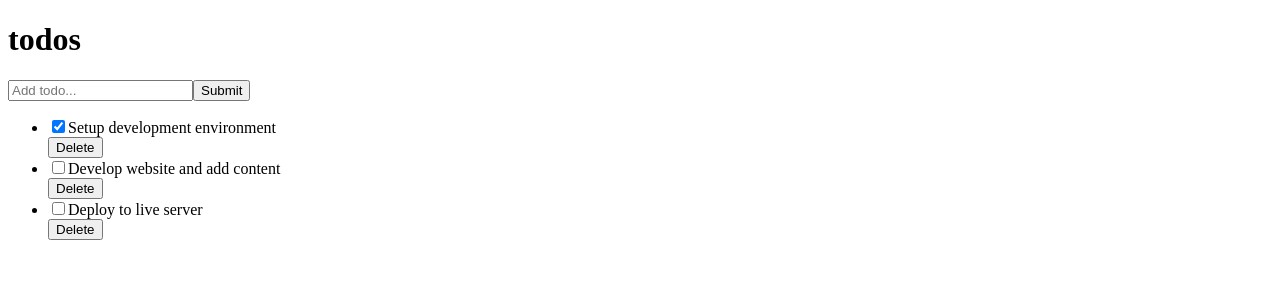
Repository: kennedyowusu/react-todo-app
Page: /
An editor plug-in stored every save of this project. The page is shown before and after the next save, followed by the edit.
The browser window is 1280 px wide. The pictures show the whole page.
The project was rebuilt for these pictures with package versions that can differ from the ones it lists, and the page was loaded fresh each time.

Above is the page before, as saved 2023-01-16 12:25:38.

### src/index.js
import React from 'react'
import ReactDOM from 'react-dom'
//component file
import TodoContainer from './components/TodoContainer'

ReactDOM.render(
  <React.StrictMode>
    <TodoContainer />
  </React.StrictMode>,
  document.getElementById('root')
)

### src/components/TodoContainer.js
import React from 'react'
import TodosList from './TodosList'
import Header from './Header'
import InputTodo from './InputTodo'
import { v4 as uuidv4 } from 'uuid'

class TodoContainer extends React.Component {
  state = {
    todos: [
      {
        id: uuidv4(),
        title: 'Setup development environment',
        completed: true,
      },
      {
        id: uuidv4(),
        title: 'Develop website and add content',
        completed: false,
      },
      {
        id: uuidv4(),
        title: 'Deploy to live server',
        completed: false,
      },
    ],
  }

  handleChange = (id) => {
    this.setState((prevState) => ({
      todos: prevState.todos.map((todo) => {
        if (todo.id === id) {
          return {
            ...todo,
            completed: !todo.completed,
          }
        }
        return todo
      }),
    }))
  }

  delTodo = (id) => {
    this.setState({
      todos: [
        ...this.state.todos.filter((todo) => {
          return todo.id !== id
        }),
      ],
    })
  }

 addTodoProps = (title) => {
    const newTodo = {
      id:  uuidv4(),
      title: title,
      completed: false,
    }
    this.setState({
      todos: [...this.state.todos, newTodo],
    })
  }

  render() {
    return (
      <div>
        <Header />
      <InputTodo
        addTodoProps={this.addTodoProps}
        />
        <TodosList
          todos={this.state.todos}
          handleChangeProps={this.handleChange}
          deleteTodoProps={this.delTodo}
        />
      </div>
    )
  }
}
export default TodoContainer

### src/components/TodosList.js
import React from 'react'
import TodoItem from './TodoItem'

class TodosList extends React.Component {
  render() {
    return (
      <ul>
        {this.props.todos.map((todo) => (
          <TodoItem
            key={todo.id}
            todo={todo}
          handleChangeProps={this.props.handleChangeProps}
          deleteTodoProps={this.props.deleteTodoProps}
          />
        ))}
      </ul>
    )
  }
}

export default TodosList

### src/components/InputTodo.js
import React, { Component } from 'react'

class InputTodo extends Component {
  state = {
    title: '',
  }

  onChange = (e) => {
    this.setState({
      [e.target.name]: e.target.value,
    })
  }

  handleSubmit = (e) => {
    e.preventDefault()
    if (this.state.title.trim()) {
      this.props.addTodoProps(this.state.title)
      this.setState({
        title: '',
      })
    } else {
      alert('Please write item')
    }
 }

  render() {
    return (
      <form onSubmit={this.handleSubmit}>
        <input
          type='text'
          placeholder='Add todo...'
          value={this.state.title}
          name='title'
          onChange={this.onChange}
        />
        <button>Submit</button>
      </form>
    )
  }
}
export default InputTodo

### src/components/TodoItem.js
import React from 'react'

class TodoItem extends React.Component {
  render() {
   return (
     <>
       <li>
         <input
           type='checkbox'
           checked={this.props.todo.completed}
           onChange={() => this.props.handleChangeProps(this.props.todo.id)}
         />
         {this.props.todo.title}
       </li>
     <button
      onClick={() => this.props.deleteTodoProps(this.props.todo.id)}
     >Delete</button>
     </>
   )
  }
}

export default TodoItem

### src/App.css
* {
  box-sizing: border-box;
  margin: 0;
  padding: 0;
}

body {
  font-family: "Segoe UI", Arial, sans-serif;
  line-height: 1.4;
  color: #444;
  background: #fff;
  height: 100vh;
}

Loaded but not shown: public/index.html (common file); src/components/Header.js (common file)

After the next save:
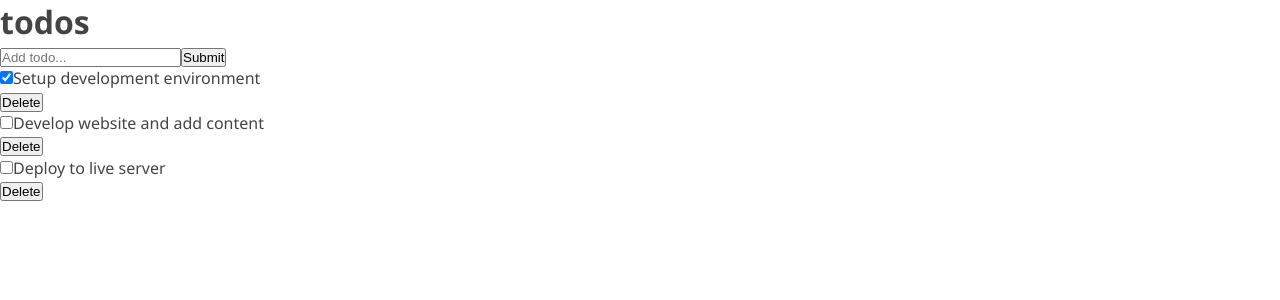
Saved 15 s later.
--- a/src/index.js
+++ b/src/index.js
@@ -2,6 +2,9 @@ import React from 'react'
 import ReactDOM from 'react-dom'
 //component file
 import TodoContainer from './components/TodoContainer'
+
+//stylesheet
+import './App.css'
 
 ReactDOM.render(
   <React.StrictMode>
